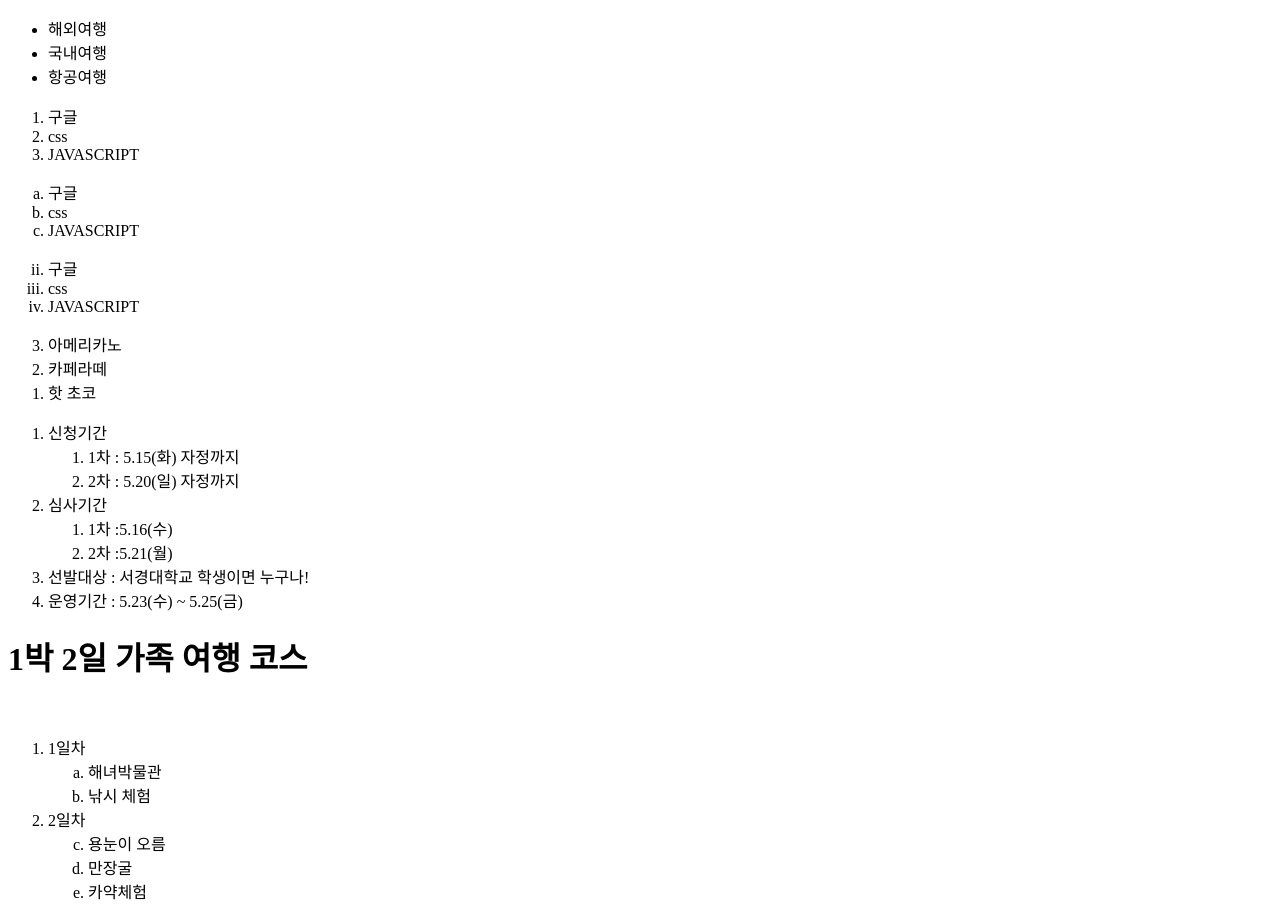
Repository: jaehyeon0418/workspace123
Page: w1024/src/main/webapp/w1024_04.html
An editor plug-in stored every save of this project. The page is shown before and after the next save, followed by the edit.
The browser window is 1280 px wide. The pictures show the whole page.

Above is the page before, as saved 2022-10-24 02:32:54.

### w1024/src/main/webapp/w1024_04.html
<!DOCTYPE html>
<html>
<head>
<meta charset="UTF-8">
<title>Insert title here</title>
</head>
<body>

<!-- ul li ol 목록 -->

<ul>

	<li>해외여행</li>
	<li>국내여행</li>
	<li>항공여행</li>

</ul>

<ol>
	<li>구글</li>
	<li>css</li>
	<li>JAVASCRIPT</li>
</ol>

<ol type="a">
	<li>구글</li>
	<li>css</li>
	<li>JAVASCRIPT</li>
</ol>

<ol type="i" start=2>
	<li>구글</li>
	<li>css</li>
	<li>JAVASCRIPT</li>
</ol>
<ol reversed>

	<li>아메리카노</li>
	<li>카페라떼</li>
	<li>핫 초코</li>


</ol>

<ol>

<li>신청기간</li>
	<ol>
	<li>1차 : 5.15(화) 자정까지
	<li>2차 : 5.20(일) 자정까지
	</ol>
<li>심사기간</li>
	<ol>
	<li> 1차 :5.16(수)
	<li> 2차 :5.21(월)
	</ol>
<li>선발대상 : 서경대학교 학생이면 누구나!</li>
<li>운영기간 : 5.23(수) ~ 5.25(금)</li>

</ol>

<h1><b>1박 2일 가족 여행 코스</b></h1>
<br>
<ol type = "-";>
	<li> 1일차</li>
		<ol type = "a";>
			<li> 해녀박물관
			<li> 낚시 체험
		</ol>
	<li> 2일차</li>
		<ol type = "a"; start = 3>
			<li> 용눈이 오름
			<li> 만장굴
			<li> 카약체험
		</ol>
</ol>














</body>
</html>

After the next save:
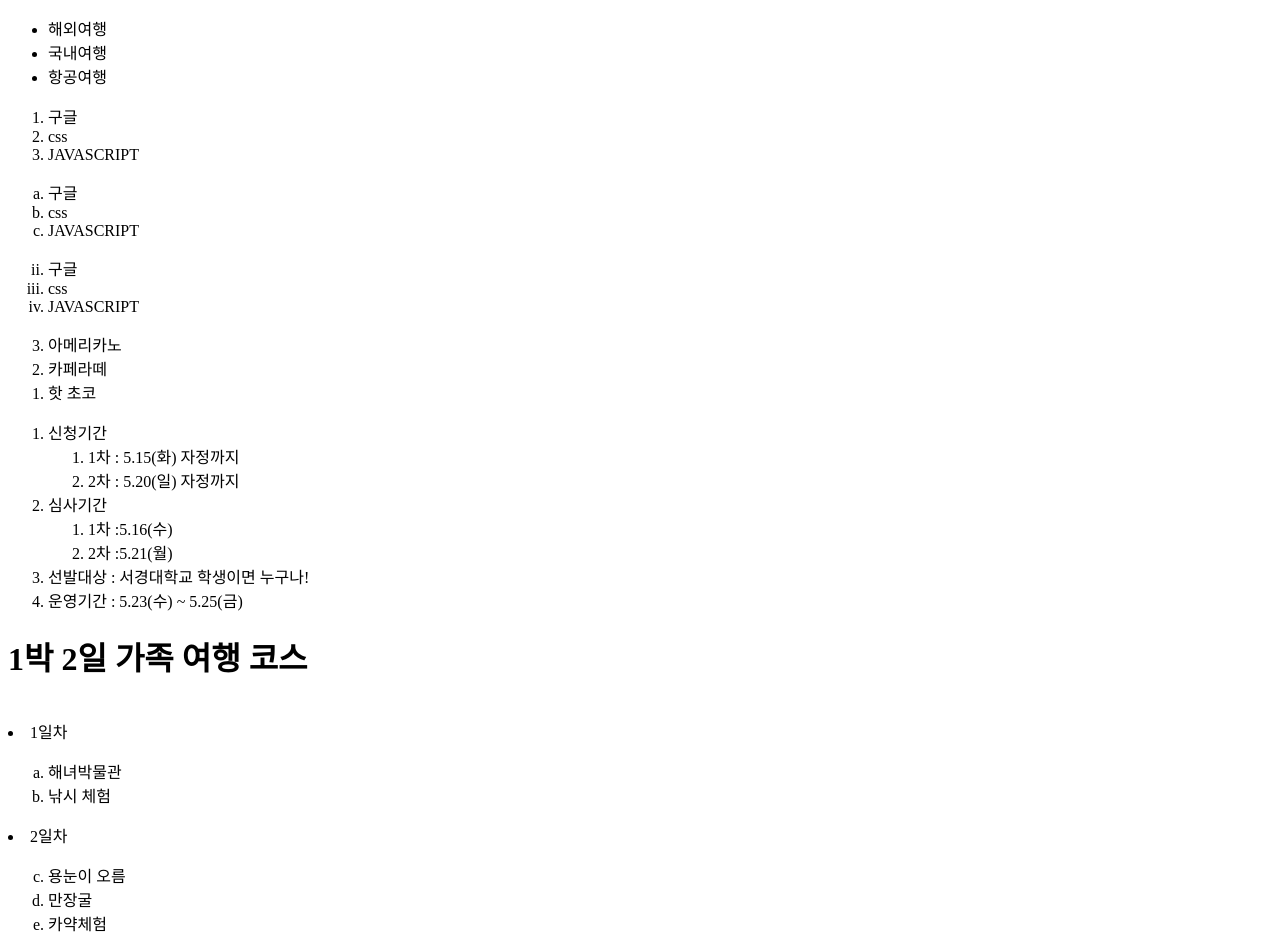
Saved 60 s later.
--- a/w1024/src/main/webapp/w1024_04.html
+++ b/w1024/src/main/webapp/w1024_04.html
@@ -61,7 +61,7 @@
 
 <h1><b>1박 2일 가족 여행 코스</b></h1>
 <br>
-<ol type = "-";>
+<ul;>
 	<li> 1일차</li>
 		<ol type = "a";>
 			<li> 해녀박물관
@@ -73,7 +73,7 @@
 			<li> 만장굴
 			<li> 카약체험
 		</ol>
-</ol>
+</ul>
 
 
 
